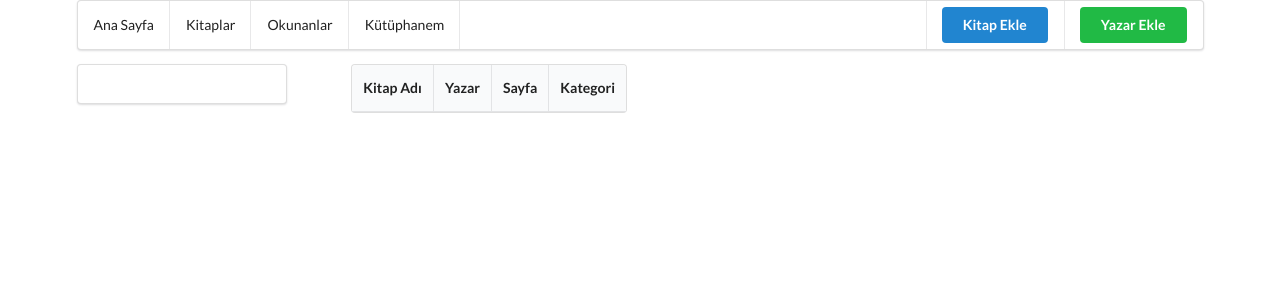
Repository: rizacantire/libraryReactApp
Page: /
The author's editor kept a copy of each file at every save. The page is drawn from the files as they stood at one save, then again after the next save.
The browser window is 1280 px wide. The pictures show the whole page.
The page's requests for data from a server got no answer. The project was rebuilt for these pictures with package versions that can differ from the ones it lists, and the page was loaded fresh each time. No one was signed in, and anything a server would have sent is missing.

Above is the page before, as saved 2021-08-17 22:35:41.

After the next save:
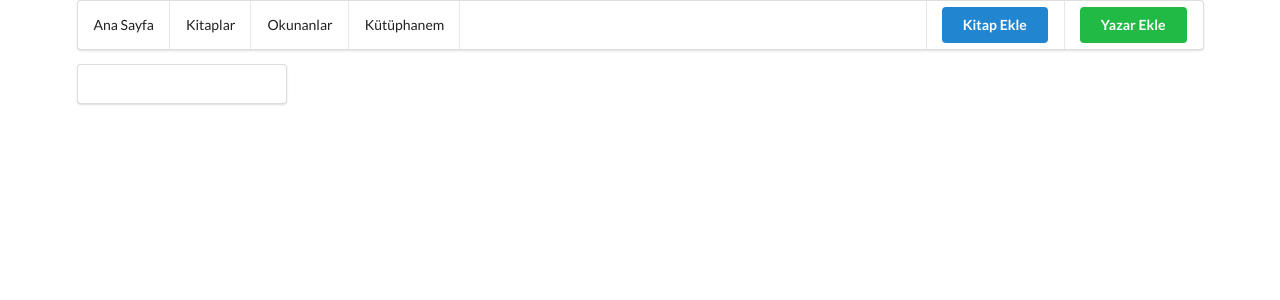
Saved 21 s later.
--- a/src/pages/BookList.jsx
+++ b/src/pages/BookList.jsx
@@ -11,32 +11,7 @@ export default function BookList() {
   }, []);
   return (
     <div>
-      <Table celled>
-        <Table.Header>
-          <Table.Row>
-            <Table.HeaderCell>Kitap Adı</Table.HeaderCell>
-            <Table.HeaderCell>Yazar</Table.HeaderCell>
-            <Table.HeaderCell>Sayfa</Table.HeaderCell>
-            <Table.HeaderCell>Kategori</Table.HeaderCell>
-          </Table.Row>
-        </Table.Header>
 
-        <Table.Body>
-          {books.map((book) => (
-            <Table.Row key={book.id}>
-              <Table.Cell>
-                <Link to={`/books/${book.bookName}`}>{book.bookName}</Link>
-              </Table.Cell>
-              <Table.Cell>
-                {book.authorName}
-                &nbsp; {book.authorLastName}
-              </Table.Cell>
-              <Table.Cell>{book.page}</Table.Cell>
-              <Table.Cell>{book.category}</Table.Cell>
-            </Table.Row>
-          ))}
-        </Table.Body>
-      </Table>
       <Grid>
         <Grid.Row>
 
